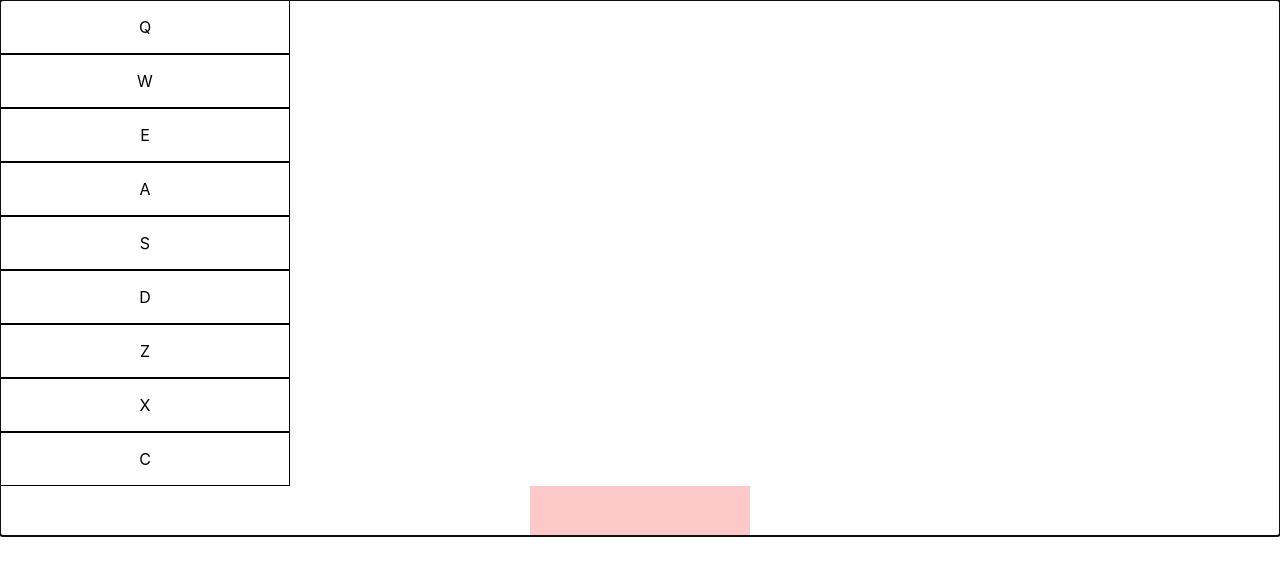
Repository: milac0/drum-machine
Page: /
These files come from the project's save history. The page is drawn as it stood at one moment and after the next save; the edit follows.
The browser window is 1280 px wide. The pictures show the whole page.
The project was rebuilt for these pictures with package versions that can differ from the ones it lists, and the page was loaded fresh each time.

Above is the page before, as saved 2019-10-25 17:14:27.

After the next save:
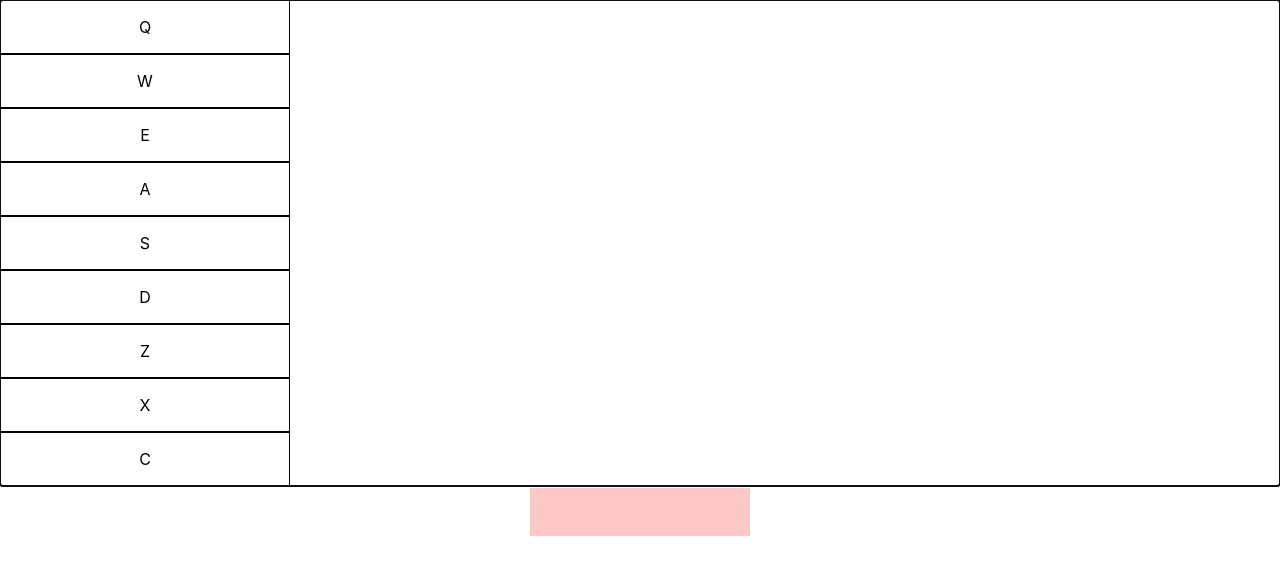
Saved 70 s later.
--- a/src/App.js
+++ b/src/App.js
@@ -1,4 +1,4 @@
-import React from "react";
+import React, { Fragment } from "react";
 import "./App.css";
 import DrumPad from "./Components/DrumPad";
 
@@ -52,6 +52,7 @@ class App extends React.Component {
 
   render() {
     return (
+      <Fragment>
       <div
         id="drum-machine"
         ref={this.keyPressRef}
@@ -72,8 +73,9 @@ class App extends React.Component {
             />
           ))}
         {/* </div> */}
-        <p id="display">{this.state.display}</p>
       </div>
+      <p id="display">{this.state.display}</p>
+      </Fragment>
     );
   }
 }
